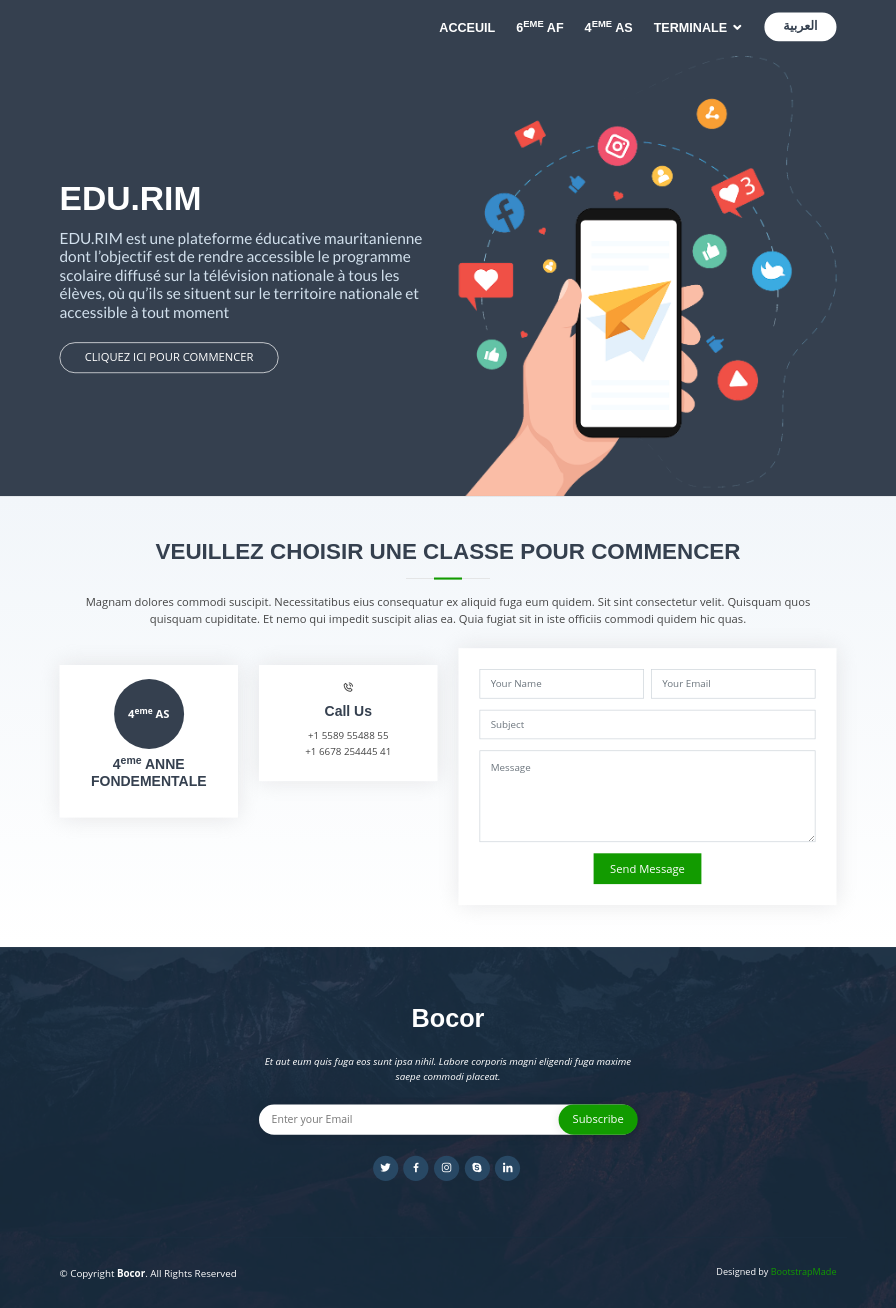
Repository: athiemohamed/courat
Page: http://localhost/
These files come from the project's save history. The page is drawn as it stood at one moment and after the next save; the edit follows.
The browser window is 1280 px wide. The pictures show the whole page, at 70% of full size.
Some web fonts or font styles are not loaded; a fallback is used. The page is run by PHP 8.4 with error messages shown; the project is at /var/www/html/.

Above is the page before, as saved 2020-03-26 13:06:54.

After the next save:
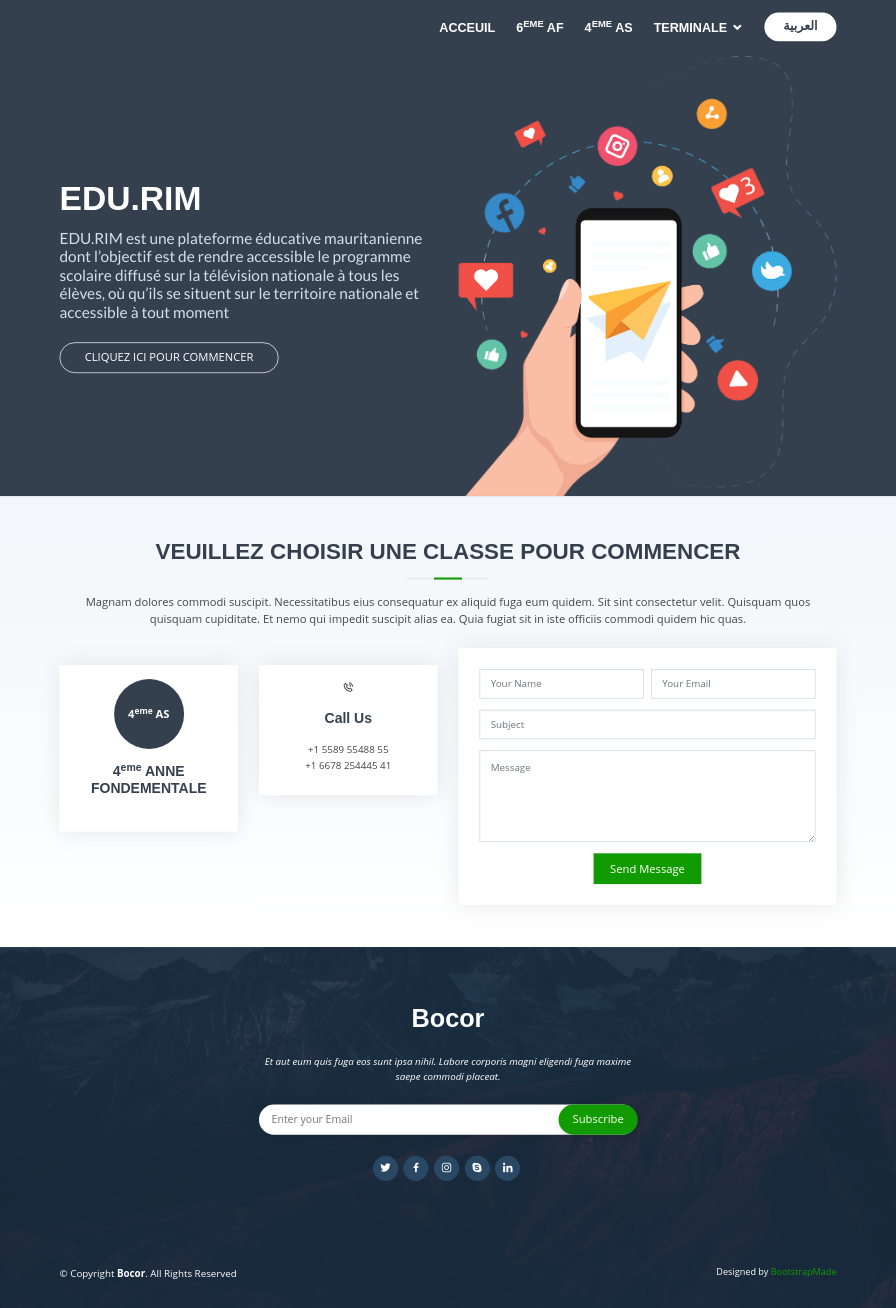
Saved 10 s later.
--- a/assets/css/style.css
+++ b/assets/css/style.css
@@ -1037,7 +1037,7 @@
   font-weight: bold;
   padding-left: 10px;
   padding-right: 10px;
-  margin: 10px 0;
+  margin: 20px 0;
 }
 
 .contact .info-box p {

After the save that followed:
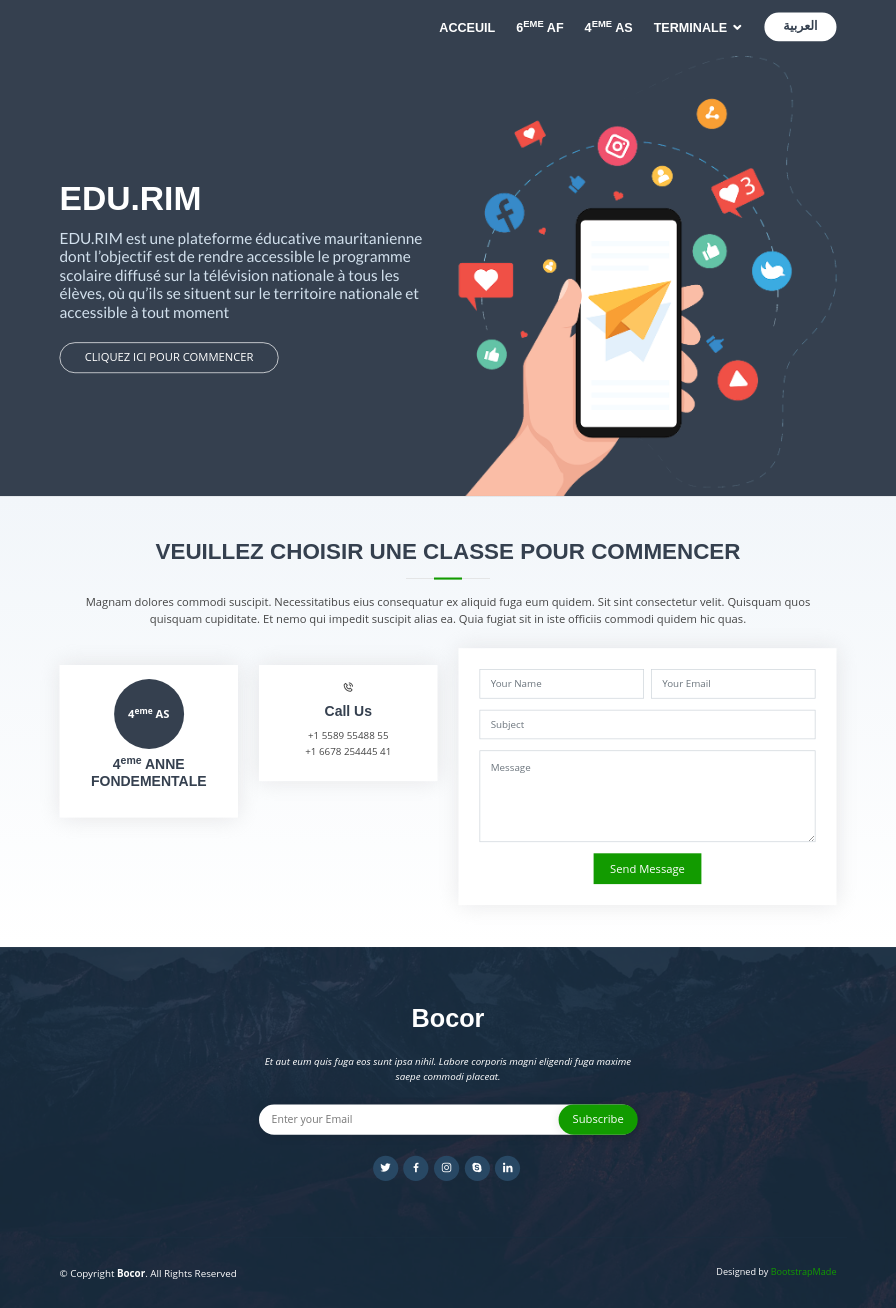
Saved 9 s later.
--- a/assets/css/style.css
+++ b/assets/css/style.css
@@ -1037,7 +1037,7 @@
   font-weight: bold;
   padding-left: 10px;
   padding-right: 10px;
-  margin: 20px 0;
+  margin: 10px 0;
 }
 
 .contact .info-box p {
